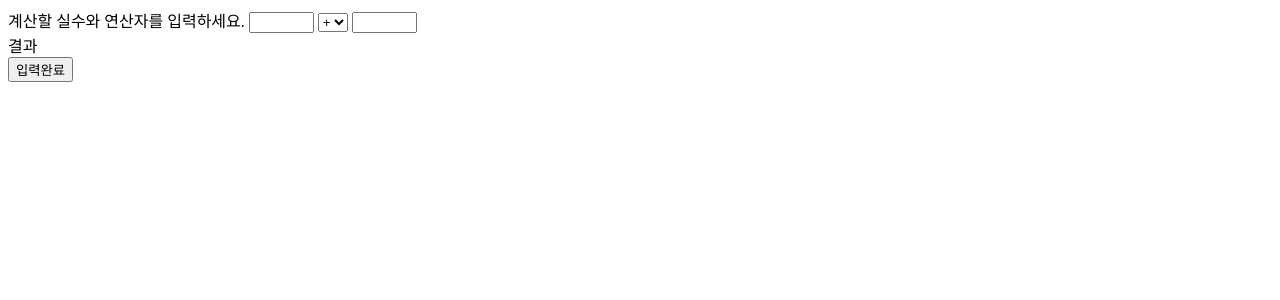
Repository: suhyun6363/JSP
Page: http://localhost/SecondProject/calFormHome.jsp
An editor plug-in stored every save of this project. The page is shown before and after the next save, followed by the edit.
The browser window is 1280 px wide. The pictures show the whole page.
The page is served by Tomcat 9.

Above is the page before, as saved 2023-04-29 08:03:50.

### SecondProject/WebContent/calFormHome.jsp
<%@ page language="java" contentType="text/html; charset=UTF-8"
    pageEncoding="UTF-8"%>
<!DOCTYPE html>
<html>
<head>
<meta name="viewport" content="width=device-width,initial-scale=1.0"/>
<meta charset="UTF-8">
<title>계산기</title>
<script src="js/jquery-3.6.4.min.js"></script>
<script>
$(document).ready(function() {
	  $("#b1").click(function() {
		  $.ajax({
			   type: "post",
			   url: "calProHome.jsp",
			   data: {name:$("#t1").val(), sid:$("#t2").val()},
			   success: function(data) {
				 $("#result").html(data);
				 alert("로드성공");
			   },
			   error: function() {
				 alert("로드실패");
			   }
	  	  });
	  });
});
</script>
</head>
<body>
계산할 실수와 연산자를 입력하세요.
<input type="text" id="t1" size=5>
<select name="operator">
		       <option selected value="+">+ </option>
		       <option value="-">- </option>
		       <option value="*">* </option>
		       <option value="/">/ </option>
</select>
<input type="text" id="t2" size=5>
<div>결과</div>
<button id="b1">입력완료</button>
</body>
</html>

Loaded but not shown: SecondProject/WebContent/js/jquery-3.6.4.min.js (library)

After the next save:
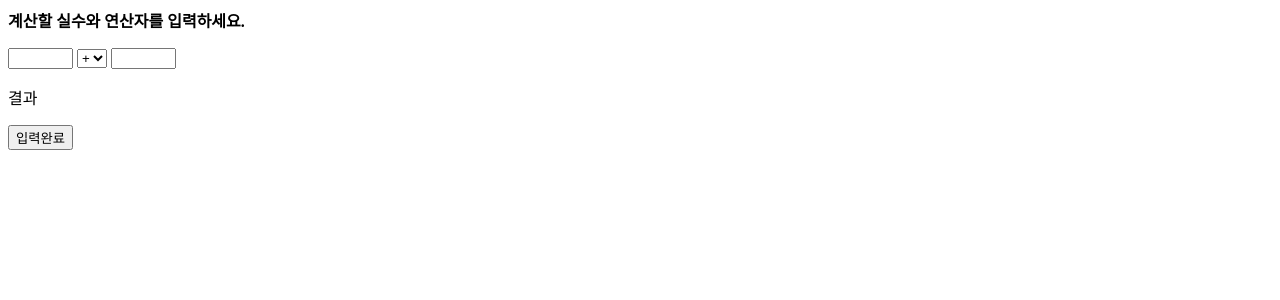
Saved 93 s later.
--- a/SecondProject/WebContent/calFormHome.jsp
+++ b/SecondProject/WebContent/calFormHome.jsp
@@ -27,7 +27,7 @@ $(document).ready(function() {
 </script>
 </head>
 <body>
-계산할 실수와 연산자를 입력하세요.
+<b>계산할 실수와 연산자를 입력하세요.</b><p>
 <input type="text" id="t1" size=5>
 <select name="operator">
 		       <option selected value="+">+ </option>
@@ -35,8 +35,8 @@ $(document).ready(function() {
 		       <option value="*">* </option>
 		       <option value="/">/ </option>
 </select>
-<input type="text" id="t2" size=5>
-<div>결과</div>
+<input type="text" id="t2" size=5><p>
+<div>결과</div><p>
 <button id="b1">입력완료</button>
 </body>
 </html>
